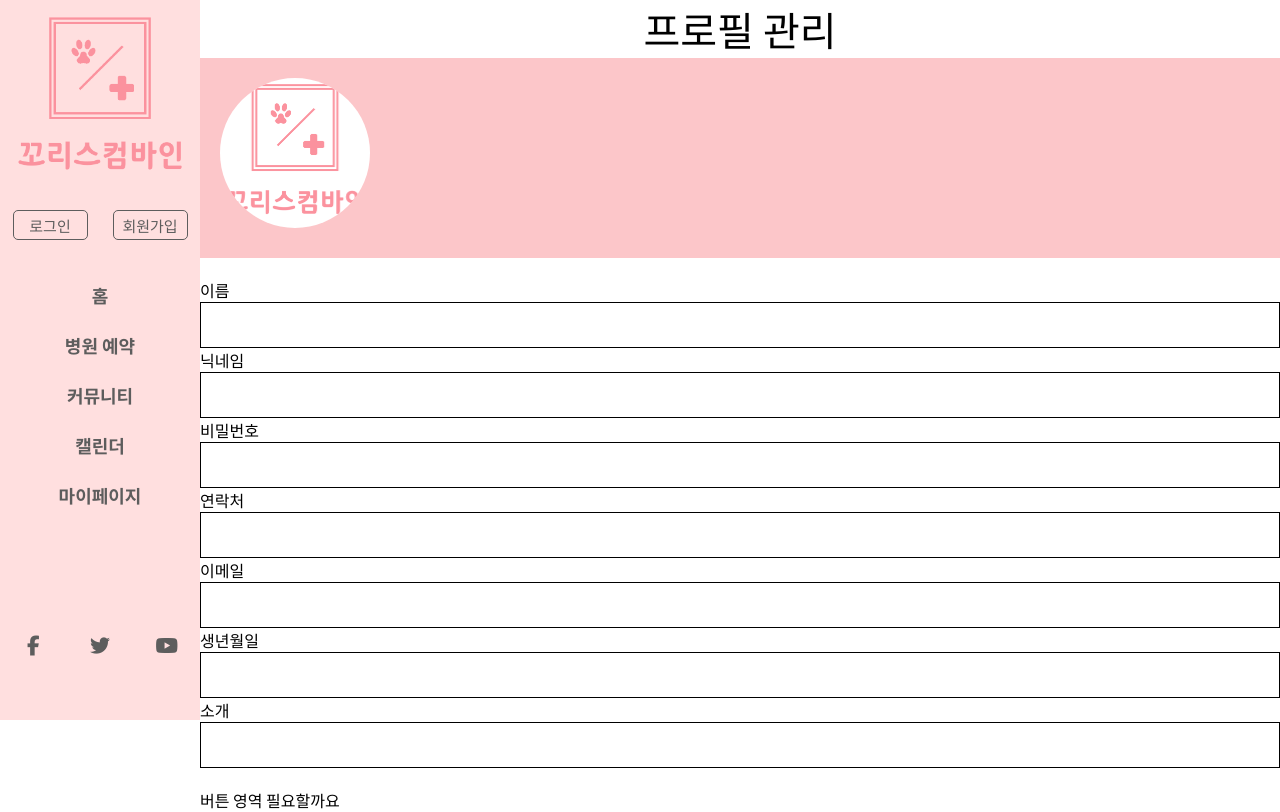
Repository: dodnam/kkoris
Page: http://localhost/1_kkoris/reservation2.jsp
These files come from the project's save history. The page is drawn as it stood at one moment and after the next save; the edit follows.
The browser window is 1280 px wide. The pictures show the whole page.
Some web libraries are served in a nearby version. The page is served by Tomcat 9.

Above is the page before, as saved 2020-02-17 14:55:40.

After the next save:
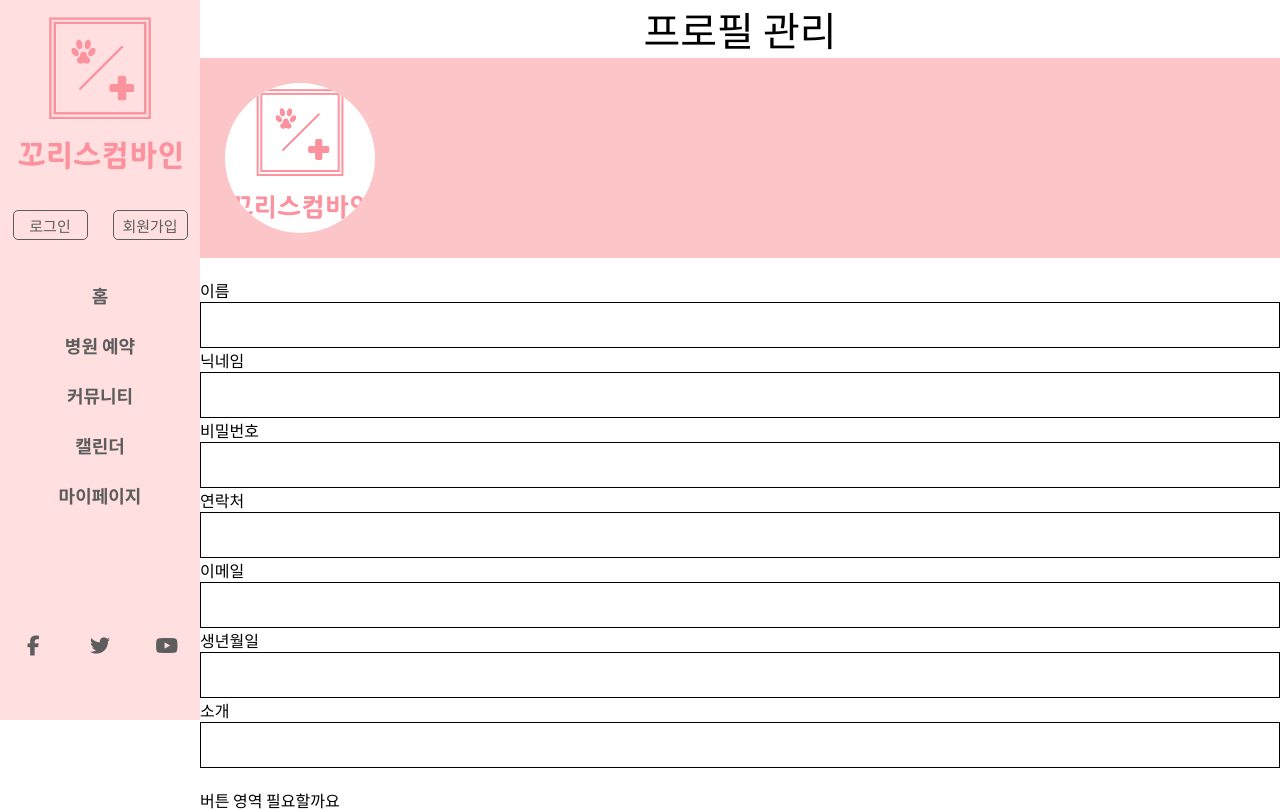
Saved 38 s later.
--- a/1_kkoris/WebContent/reservation2.jsp
+++ b/1_kkoris/WebContent/reservation2.jsp
@@ -8,7 +8,7 @@
 <link rel="stylesheet" type="text/css" href="<%= request.getContextPath() %>/css/index.css"/>
 <link rel="stylesheet" type="text/css" href="<%= request.getContextPath() %>/css/layout.css"/>
 <style>
-	.box_con{padding:20px; height:200px; background-color:#fcc6c9; left:30px;right:30px; text-align:center;}
+	.box_con{padding:25px; height:200px; background-color:#fcc6c9; left:30px;right:30px;}
 	.box{width: 150px; height:150px; border-radius:70%; overflow:hidden; background-color:#fff;top:20px;text-align:center;}
 	.profile{width: 100%; height:100%; object-fit:cover; display:block; margin:0px auto;}
 	.userTitle{font-size:40px; text-align:center; top:30px;}
